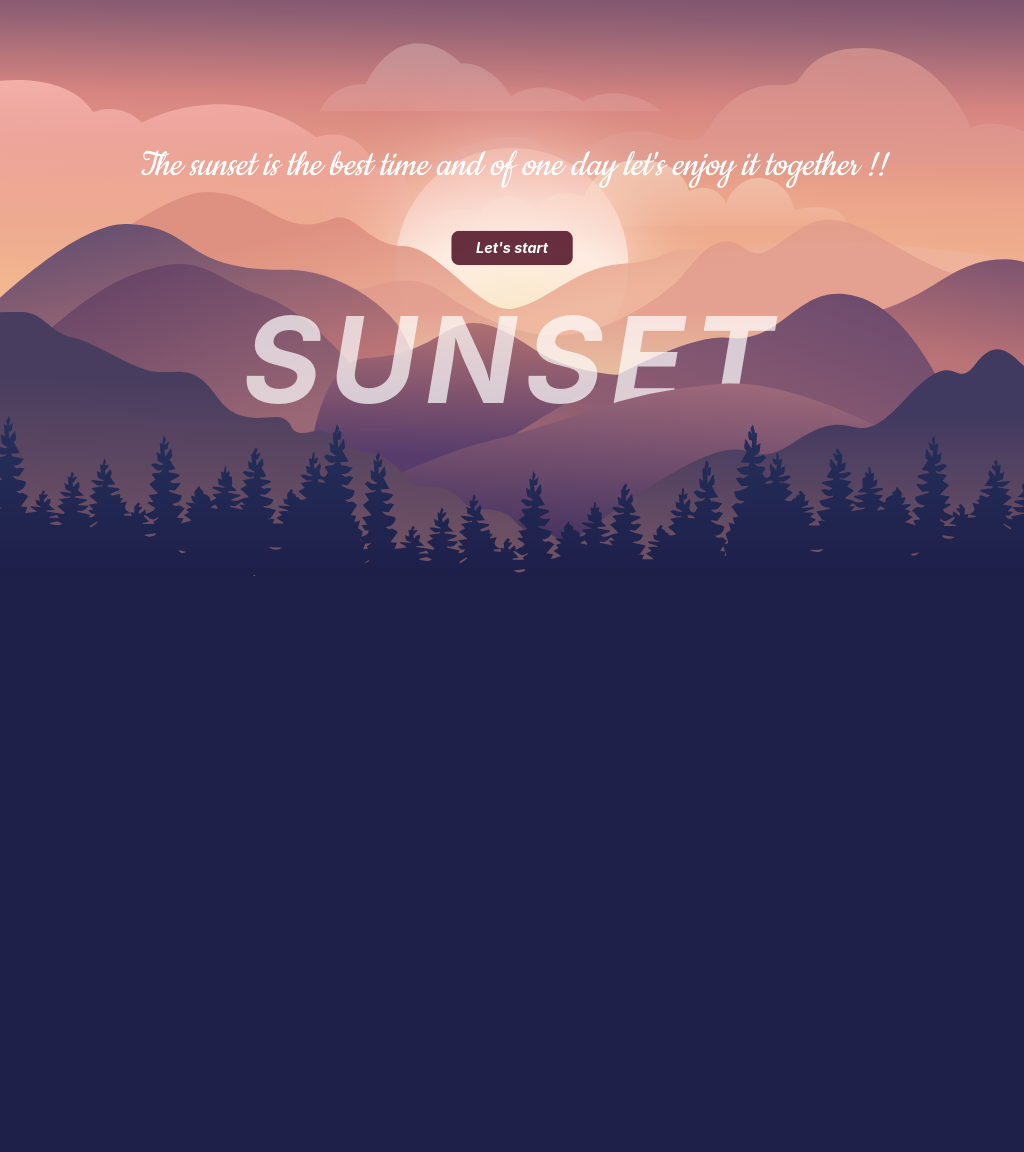
Repository: nambui98/parallax
Page: /
The author's editor kept a copy of each file at every save. The page is drawn from the files as they stood at one save, then again after the next save.
The browser window is 1280 px wide. The pictures show the whole page, at 80% of full size.
The project was rebuilt for these pictures with package versions that can differ from the ones it lists, and the page was loaded fresh each time. Also part of the build but not shown: vite.config.ts.

Above is the page before, as saved 2022-03-24 14:51:24.

### src/App.tsx
import { useEffect, useRef, useState } from 'react'
import { BrowserRouter, Link, useLocation } from 'react-router-dom';
import bg_1 from './assets/images/bg_1.svg'
import bg_2 from './assets/images/bg_2.svg'
import bg_3 from './assets/images/bg_3.svg'
import bg_4 from './assets/images/bg_4.svg'
import bg_5 from './assets/images/bg_5.svg'
import bg_6 from './assets/images/bg_6.svg'
import bg_7 from './assets/images/bg_7.svg'
import bg_8 from './assets/images/bg_8.svg'
import bg_9 from './assets/images/bg_9.svg'
import bg_10 from './assets/images/bg_10.svg'
import bg_11 from './assets/images/bg_11.svg'
import './App.scss'

function App() {
  const bg_1Ref = useRef<any>()
  const bg_2Ref = useRef<any>()
  const bg_3Ref = useRef<any>()
  const bg_4Ref = useRef<any>()
  const bg_5Ref = useRef<any>()
  const bg_6Ref = useRef<any>()
  const bg_7Ref = useRef<any>()
  const bg_8Ref = useRef<any>()
  const bg_9Ref = useRef<any>()
  const bg_10Ref = useRef<any>()
  const bg_11Ref = useRef<any>()
  const h3Ref = useRef<any>()
  const h1Ref = useRef<any>()
  const bannerRef = useRef<any>()
  const btnRef = useRef<any>()
  // let location = useLocation();
  // console.log(location);

  useEffect(() => {
    window.addEventListener("scroll", () => {
      let value = window.scrollY;
      // h3Ref.current.style =
      // bg_1Ref.current.style.left = `calc(${value}px + 40rem)`;
      bg_9Ref.current.style.transform = `scale(${1 + value * 0.0005})`
      bg_10Ref.current.style.transform = `scale(${1 + value * 0.0005})`
      bg_8Ref.current.style.transform = `scale(${1 + value * 0.0005})`
      bg_7Ref.current.style.transform = `scale(${1 + value * 0.0005})`
      bg_6Ref.current.style.transform = `scale(${1 + value * 0.0005})`
      bg_5Ref.current.style.transform = `scale(${1 + value * 0.0005})`
      bg_4Ref.current.style.transform = `translateX(-50%) scale(${1 + value * 0.0005})`
      bg_3Ref.current.style.transform = `scale(${1 + value * 0.0005})`
      bg_2Ref.current.style.transform = `scale(${1 + value * 0.0005})`
      bg_1Ref.current.style.transform = `scale(${1 + value * 0.0005})`
      bg_11Ref.current.style.transform = `scale(${1 + value * 0.0004})`

      h3Ref.current.style.transform = `translateZ(${value * 0.8}px) scale(${1 + (value * 0.0009)})`
      h1Ref.current.style.transform = `translateY(${value * 0.2}px)`
      btnRef.current.style.transform = `translate(-50%, calc(-50% - ${value * 0.2}px))`
      console.log();

    })

    return () => {
      window.removeEventListener("scroll", () => {

      })
    }
  }, [])
  useEffect(() => {
    let url = window.location.href.split("/");
    let target = url[url.length - 1].toLowerCase();
    let element = document.getElementById(target);
    element && element.scrollIntoView({ behavior: "smooth", block: "start" });
  }, [window.location]);
  return (
    <div className="App">
      <div className="main">
        {/* <BrowserRouter> */}
        <div className="banner" ref={bannerRef}>
          <img className='bg_1' ref={bg_1Ref} src={bg_1} alt="" />
          <img className='bg_2' ref={bg_2Ref} src={bg_2} alt="" />
          <img className='bg_3' ref={bg_3Ref} src={bg_3} alt="" />
          <img className='bg_4' ref={bg_4Ref} src={bg_4} alt="" />
          <img className='bg_5' ref={bg_5Ref} src={bg_5} alt="" />
          <img className='bg_6' ref={bg_6Ref} src={bg_6} alt="" />
          <img className='bg_7' ref={bg_7Ref} src={bg_7} alt="" />
          <img className='bg_8' ref={bg_8Ref} src={bg_8} alt="" />
          <img className='bg_9' ref={bg_9Ref} src={bg_9} alt="" />
          <img className='bg_10' ref={bg_10Ref} src={bg_10} alt="" />
          <img className='bg_11' ref={bg_11Ref} src={bg_11} alt="" />

          <h3 ref={h3Ref}>The sunset is the best time and of one day let's enjoy it together !!</h3>
          <h1 ref={h1Ref}>Sunset</h1>
        </div>
        <a className="btn" ref={btnRef}>Let's start</a>
        <div className="content" id="content">

        </div>
        {/* </BrowserRouter> */}
      </div>
    </div>
  )
}

export default App

### src/App.scss
@import url('https://fonts.googleapis.com/css2?family=Cookie&display=swap');
*,
*::after,
*::before{
  padding: 0;
  margin: 0;
  box-sizing: inherit;
}
html{
  font-size: 62.5%;
  box-sizing: border-box;
}
.main{
  // perspective: 1px;

}
.banner{
  background: linear-gradient(181.12deg, #6D4869 -4.47%, #906074 5.09%, #D58480 18.15%, #ECA58B 34.03%, #F8C995 69.69%);
  height: 100vh;
  position: relative;
  z-index: -1;
  overflow: hidden;
  perspective: 1000px;
  h3{
    position: absolute;
    top: 18rem;
    width: 100%;
    font-size: 5rem;
    font-weight: 400;
    font-style: italic;
    color: #fff;
    font-family: 'Cookie', cursive;
    text-align: center;
    // left: 50%;
    // transform: translateX(-50%);
  }
  h1{
    position: absolute;
    bottom: 18rem;
    width: 100%;
    font-size: 15rem;
    font-style: italic;
    color: rgba(255, 255, 255, .7);
    text-align: center;
    text-transform: uppercase;
    z-index: 0;
    letter-spacing: 1rem;
  }
  img{
    position: absolute;
    z-index: 0;
    &.bg_1{
      top: 5.4rem;
      left: 40rem;
    }
    &.bg_2{
      left: 0;
      top: 10rem;
    }
    &.bg_3{
      right: 0;
      top: 6rem;
    }
    &.bg_4{
      left: 50%;
      top: 8rem;
      transform: translateX(-50%);
      // top: 28.6rem;
      width: 50rem;
    }
    &.bg_5{
      right: 22rem;
      top: 20rem;
    }
    &.bg_6{
      right: 0;
      left: 0;
      top: 24rem;
      width: 100%;
    }
    &.bg_7{
      right: 0;
      left: 0;
      top: 28rem;
      width: 100%;
      // z-index: 1;
    }
     &.bg_8{
      bottom: -3rem;
      width: 100%;
      z-index: 2;
    }
    &.bg_9{
      width: 100%;
      top: 33rem;
      // z-index: 1;
    }
    &.bg_10{
      bottom: -6rem;
      z-index: 1;
    }
    &.bg_11{
      bottom: 0rem;
      width: 100%;
      z-index: 2;
    }
  }
}
.btn{
  z-index: 100;

  position: absolute;
  top: calc(50% - 5rem);
  left: 50%;
  transform: translate(-50%, -50%);
  border: none;
  background: rgba(65, 0, 22, 0.8);
  font-style: italic;
  color: #fff;
  padding: 1rem 3rem;
  border-radius: 1rem;
  cursor: pointer;
  font-size: 1.8rem;
  font-weight: 700;
  border: 1px solid transparent;
  // transition: .3s all;
  &:hover{
    color: rgba(65, 0, 22, 0.8);
    background: transparent;
    border-color: rgba(65, 0, 22, 0.8);
  }
}
.content{
  height: 100vh;
  width: 100%;
  background-color: #1E2049;
}

Loaded but not shown: index.html (common file); src/main.tsx (common file); src/index.css (common file)

After the next save:
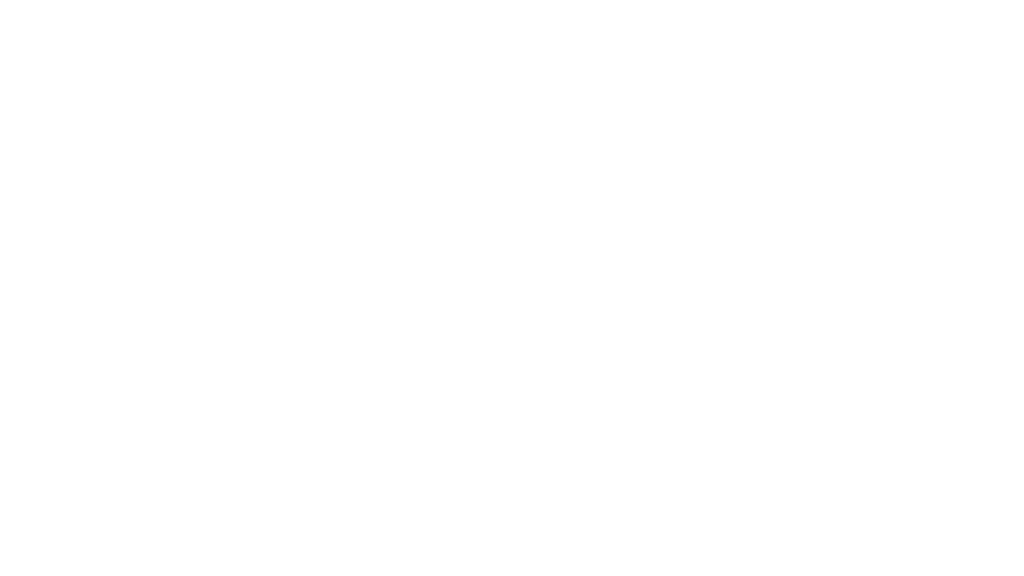
Console error: TypeError: Cannot destructure property 'basename' of 'React3.useContext(...)' as it is null.
Saved 16 s later.
--- a/src/App.tsx
+++ b/src/App.tsx
@@ -88,7 +88,7 @@
           <h3 ref={h3Ref}>The sunset is the best time and of one day let's enjoy it together !!</h3>
           <h1 ref={h1Ref}>Sunset</h1>
         </div>
-        <a className="btn" ref={btnRef}>Let's start</a>
+        <Link className="btn" ref={btnRef}>Let's start</Link>
         <div className="content" id="content">
 
         </div>

After the 3 saves that followed:
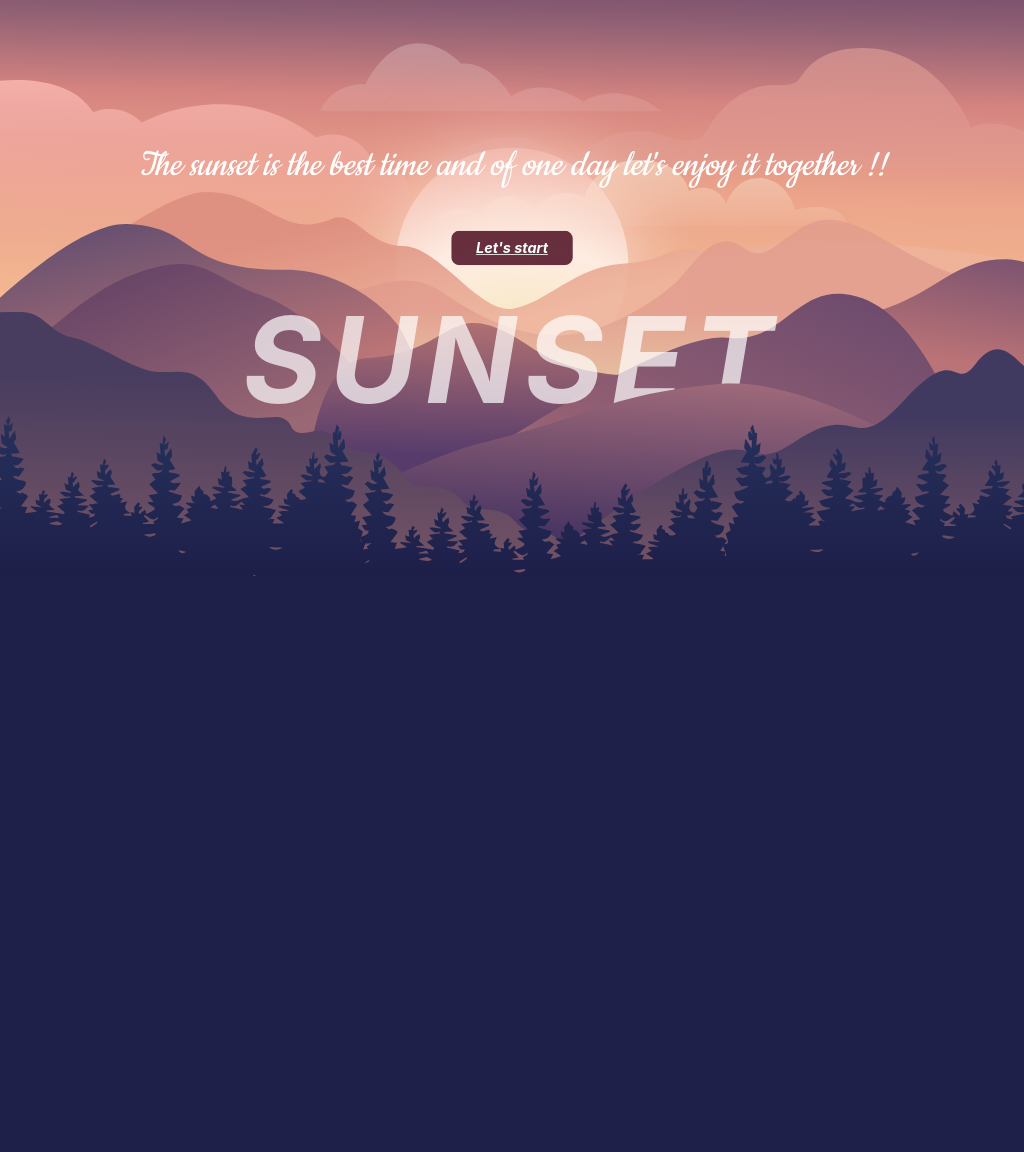
The error is gone.
The 3 saves are shown as one change because 1 left the picture as it was and some came seconds apart.
The last was saved 25 s later.
--- a/src/App.tsx
+++ b/src/App.tsx
@@ -71,28 +71,28 @@
   return (
     <div className="App">
       <div className="main">
-        {/* <BrowserRouter> */}
-        <div className="banner" ref={bannerRef}>
-          <img className='bg_1' ref={bg_1Ref} src={bg_1} alt="" />
-          <img className='bg_2' ref={bg_2Ref} src={bg_2} alt="" />
-          <img className='bg_3' ref={bg_3Ref} src={bg_3} alt="" />
-          <img className='bg_4' ref={bg_4Ref} src={bg_4} alt="" />
-          <img className='bg_5' ref={bg_5Ref} src={bg_5} alt="" />
-          <img className='bg_6' ref={bg_6Ref} src={bg_6} alt="" />
-          <img className='bg_7' ref={bg_7Ref} src={bg_7} alt="" />
-          <img className='bg_8' ref={bg_8Ref} src={bg_8} alt="" />
-          <img className='bg_9' ref={bg_9Ref} src={bg_9} alt="" />
-          <img className='bg_10' ref={bg_10Ref} src={bg_10} alt="" />
-          <img className='bg_11' ref={bg_11Ref} src={bg_11} alt="" />
+        <BrowserRouter>
+          <div className="banner" ref={bannerRef}>
+            <img className='bg_1' ref={bg_1Ref} src={bg_1} alt="" />
+            <img className='bg_2' ref={bg_2Ref} src={bg_2} alt="" />
+            <img className='bg_3' ref={bg_3Ref} src={bg_3} alt="" />
+            <img className='bg_4' ref={bg_4Ref} src={bg_4} alt="" />
+            <img className='bg_5' ref={bg_5Ref} src={bg_5} alt="" />
+            <img className='bg_6' ref={bg_6Ref} src={bg_6} alt="" />
+            <img className='bg_7' ref={bg_7Ref} src={bg_7} alt="" />
+            <img className='bg_8' ref={bg_8Ref} src={bg_8} alt="" />
+            <img className='bg_9' ref={bg_9Ref} src={bg_9} alt="" />
+            <img className='bg_10' ref={bg_10Ref} src={bg_10} alt="" />
+            <img className='bg_11' ref={bg_11Ref} src={bg_11} alt="" />
 
-          <h3 ref={h3Ref}>The sunset is the best time and of one day let's enjoy it together !!</h3>
-          <h1 ref={h1Ref}>Sunset</h1>
-        </div>
-        <Link className="btn" ref={btnRef}>Let's start</Link>
-        <div className="content" id="content">
+            <h3 ref={h3Ref}>The sunset is the best time and of one day let's enjoy it together !!</h3>
+            <h1 ref={h1Ref}>Sunset</h1>
+          </div>
+          <Link to="/content" className="btn" ref={btnRef}>Let's start</Link>
+          <div className="content" id="content">
 
-        </div>
-        {/* </BrowserRouter> */}
+          </div>
+        </BrowserRouter>
       </div>
     </div>
   )
